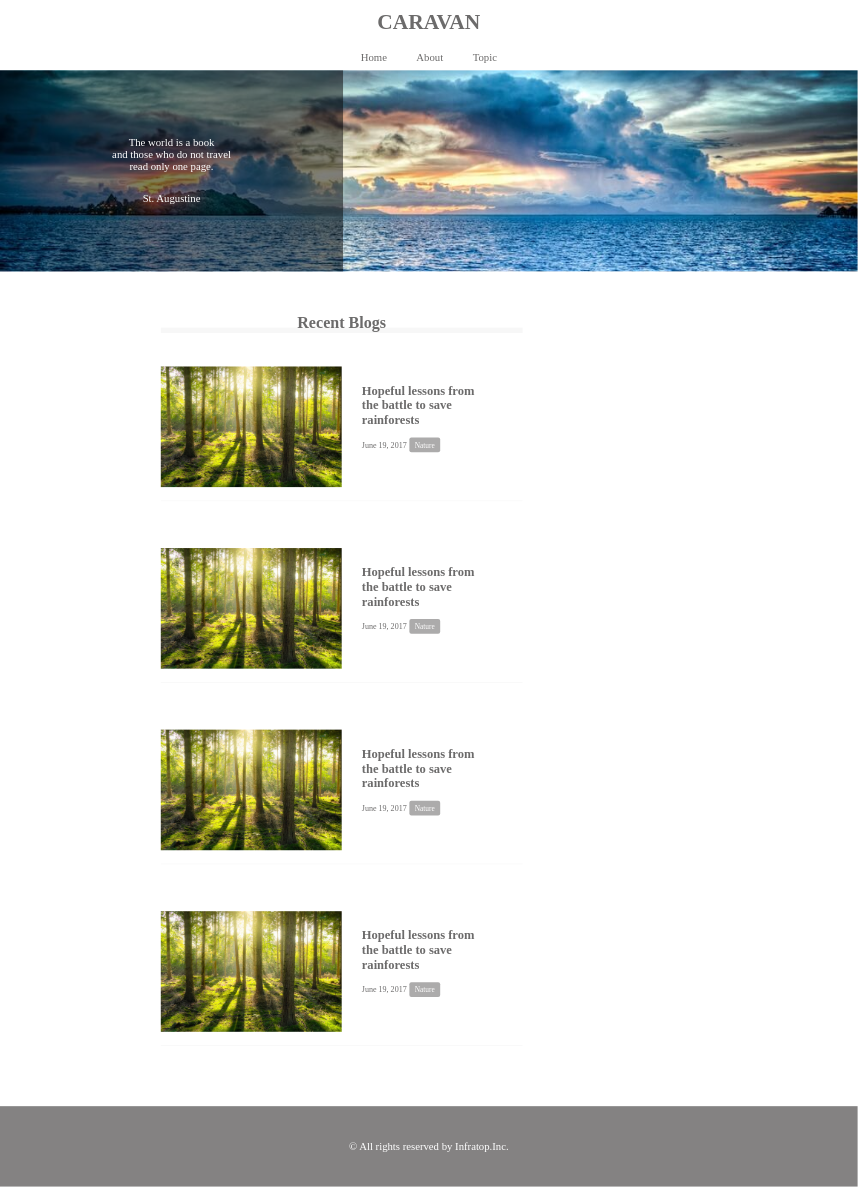
Repository: rascalNoShippo/git-practice
Page: caravan/index.html
The author's editor kept a record of every edit. The page is drawn from the files as they stood at one moment, then again after the next edit.
The browser window is 1280 px wide. The pictures show the whole page, at 67% of full size.

Above is the page before.

### caravan/index.html
<!DOCTYPE html>
<html lang="ja">
  <head>
    <meta charset="UTF-8" />
    <link rel="stylesheet" href="style.css" />
    <title>CARAVAN</title>
  </head>

  <body>
    <header>
      <h1 class="heading">
        <a href="index.html">CARAVAN</a>
      </h1>
    </header>
    <nav>
      <ul class="nav-list">
        <li class="nav-list-item">
          <a href="index.html">Home</a>
        </li>
        <li class="nav-list-item">About</li>
        <li class="nav-list-item">Topic</li>
      </ul>
    </nav>
    <div class="main-visual">
      <div class="main-visual-content">
        <div>
          <p class="main-visual-text">
            The world is a book<br>and those who do not travel<br>read only one page.
          </p>
          <p class="main-visual-name">
            St. Augustine
          </p>
        </div>
      </div>
    </div>
    <main>
      <section class="blog">
        <h2 class="blog-heading">Recent Blogs</h2>
        <div class="blog-item">
          <img src="image/forest.jpg" class="blog-image">
          <section class="blog-text">
            <h3 class="blog-text-heading">
              <a href="single.html">
                Hopeful lessons from<br>the battle to save<br>rainforests
              </a>
            </h3>
            <p class="blog-date">June 19, 2017</p>
            <span class="category">Nature</span>
          </section>
        </div>
        <div class="blog-item">
          <img src="image/forest.jpg" class="blog-image">
          <section class="blog-text">
            <h3 class="blog-text-heading">
              <a href="single.html">
                Hopeful lessons from<br>the battle to save<br>rainforests
              </a>
            </h3>
            <p class="blog-date">June 19, 2017</p>
            <span class="category">Nature</span>
          </section>
        </div>
        <div class="blog-item">
          <img src="image/forest.jpg" class="blog-image">
          <section class="blog-text">
            <h3 class="blog-text-heading">
              <a href="single.html">
                Hopeful lessons from<br>the battle to save<br>rainforests
              </a>
            </h3>
            <p class="blog-date">June 19, 2017</p>
            <span class="category">Nature</span>
          </section>
        </div>
        <div class="blog-item">
          <img src="image/forest.jpg" class="blog-image">
          <section class="blog-text">
            <h3 class="blog-text-heading">
              <a href="single.html">
                Hopeful lessons from<br>the battle to save<br>rainforests
              </a>
            </h3>
            <p class="blog-date">June 19, 2017</p>
            <span class="category">Nature</span>
          </section>
        </div>
      </section>
      <section class="sidebar"></section>
    </main>
    <footer>
      <p class="footer-text">© All rights reserved by Infratop.Inc.</p>
    </footer>
  </body>
</html>

### caravan/style.css
*{
  margin: 0;
  padding: 0;
  box-sizing: border-box;
}

body{
  color: #6c6b6b;
  background-color: white;
}

a{
  text-decoration: none;
  color: #6c6b6b;;
}

header {
  width: 90%;
  padding: 15px 0;
  margin: 0 auto;
  text-align: center
}

header .heading{
  font-size: 32px;
}

.nav-list{
 text-align: center;
 padding: 10px 0;
 margin: 0 auto;
 }

.nav-list-item{
  list-style: none;
  display: inline-block;
  margin: 0 20px;
}

.main-visual{
  width: 100%;
  height: 300px;
  background-image: url("image/mv.jpg");
  background-size: cover;
  background-position: center;
}

.main-visual-content{
  width: 40%;
  height: 300px;
  background-color: rgba(0,0,0,0.5);
  display: flex;
  align-items: center;
  flex-wrap: wrap;
  justify-content: center;
  text-align: center;
  color: white;
}

.main-visual-name{
  margin-top: 30px;
}

/*.main{
  width: 840px;
  height: 1400px;
  background-color: green;
  display: flex;
  justify-content: center;
  margin: 0 auto;
}*/

main{
  width: 800px;
  display: flex;
  justify-content: center;
  margin: 0 auto;
  padding: 70px 0;
}

.blog{
  width: 540px;
  margin-right: 30px;
}

.blog-heading{
  border-bottom: 8px solid #f7f7f7;
  text-align: center;
  line-height: 0.6;
}

.blog-item {
  padding: 50px 0 20px 0;
  margin-bottom: 20px;
  border-bottom: 1px solid #f7f7f7;
  display: flex;
  justify-content: flex-start;
}

.blog-text-heading{
  padding-bottom: 15px;
}

.blog-image {
  height: 180px;
}

.blog-text{
  padding: 25px 0 0 30px;
}

.blog-date {
  font-size: 12px;
  display: inline-block;
}

.category {
  display: inline-block;
  padding: 5px 8px;
  background-color: #acabab;
  border-radius: 3px;
  color: #fff;
  font-size: 11px;
}

.sidebar{
  width: 230px;
}

.common-heading{
  border-bottom: 8px solid #f7f7f7;
  text-align: center;
  line-height: 0.6;
}

.sidebar-contents{
  paddng: 50px 0;
}

.popular-text,.categories-text{
  padding-bottom: 5px;
  border-bottom: 1px solid #f7f7f7;
  margin-bottom: 5px;
}

.popular-text:last-child,.categories-text:last-child{
  margin: 0;
  padding: 0;
  border: none;
}

.instagram .sidebar-contents{
  display: flex;
  flex-wrap: wrap;
}

.instagram-box{
  width: 110px;
  padding-top: 110px;
  background-size: cover;
  background-position: center;
  margin-bottom: 10px;
  background-color: palegreen;
}

.instagram-box:nth-child(2n+1) {
  margin-right: 10px;
}

footer {
  width: 100%;
  height: 120px;
  text-align: center;
  line-height: 120px;
  background-color: #848282;
}

.footer-text {
  color: #fff;
}

After the next edit:
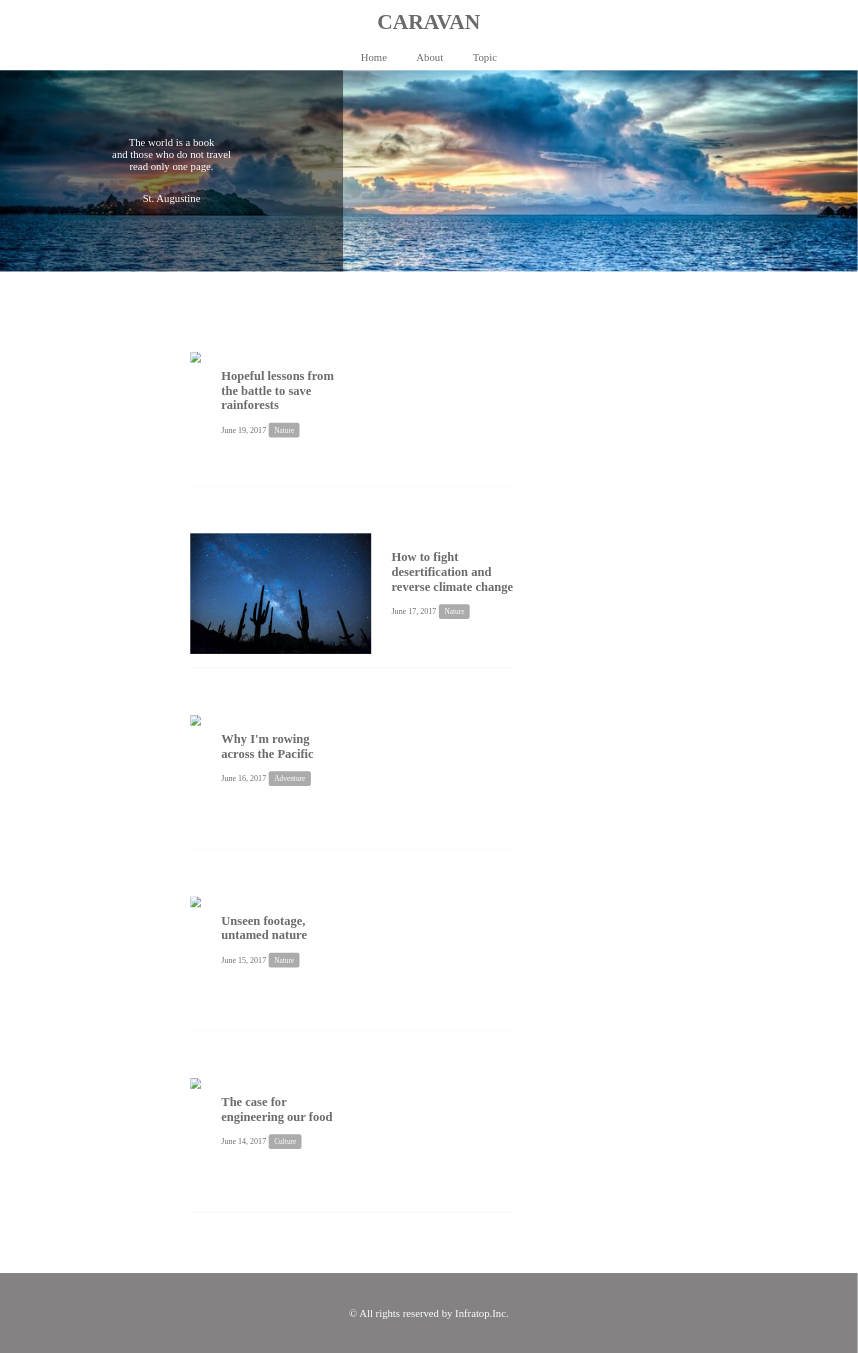
Not found: caravan/img/asia.jpg
Not found: caravan/img/forest.jpg
Not found: caravan/img/italy.jpg
The edit:
--- a/caravan/index.html
+++ b/caravan/index.html
@@ -34,55 +34,74 @@
       </div>
     </div>
     <main>
-      <section class="blog">
-        <h2 class="blog-heading">Recent Blogs</h2>
-        <div class="blog-item">
-          <img src="image/forest.jpg" class="blog-image">
-          <section class="blog-text">
-            <h3 class="blog-text-heading">
-              <a href="single.html">
-                Hopeful lessons from<br>the battle to save<br>rainforests
-              </a>
-            </h3>
-            <p class="blog-date">June 19, 2017</p>
-            <span class="category">Nature</span>
-          </section>
-        </div>
-        <div class="blog-item">
-          <img src="image/forest.jpg" class="blog-image">
-          <section class="blog-text">
-            <h3 class="blog-text-heading">
-              <a href="single.html">
-                Hopeful lessons from<br>the battle to save<br>rainforests
-              </a>
-            </h3>
-            <p class="blog-date">June 19, 2017</p>
-            <span class="category">Nature</span>
-          </section>
-        </div>
-        <div class="blog-item">
-          <img src="image/forest.jpg" class="blog-image">
-          <section class="blog-text">
-            <h3 class="blog-text-heading">
-              <a href="single.html">
-                Hopeful lessons from<br>the battle to save<br>rainforests
-              </a>
-            </h3>
-            <p class="blog-date">June 19, 2017</p>
-            <span class="category">Nature</span>
-          </section>
-        </div>
-        <div class="blog-item">
-          <img src="image/forest.jpg" class="blog-image">
-          <section class="blog-text">
-            <h3 class="blog-text-heading">
-              <a href="single.html">
-                Hopeful lessons from<br>the battle to save<br>rainforests
-              </a>
-            </h3>
-            <p class="blog-date">June 19, 2017</p>
-            <span class="category">Nature</span>
-          </section>
+        <div class="blog-box">
+          <div class="blog-item">
+            <img class="blog-image" src="img/forest.jpg" />
+            <section class="blog-text">
+              <h3 class="blog-text-heading">
+                <a href="single.html">
+                  Hopeful lessons from<br>
+                  the battle to save<br>
+                  rainforests
+                </a>
+              </h3>
+              <p class="blog-date">June 19, 2017</p>
+              <span class="category">Nature</span>
+            </section>
+          </div>
+          <div class="blog-item">
+            <img class="blog-image" src="image/desert.jpg" />
+            <section class="blog-text">
+              <h3 class="blog-text-heading">
+                <a href="single.html">
+                  How to fight<br>
+                  desertification and<br>
+                  reverse climate change
+                </a>
+              </h3>
+              <p class="blog-date">June 17, 2017</p>
+              <span class="category">Nature</span>
+            </section>
+          </div>
+          <div class="blog-item">
+            <img class="blog-image" src="img/sunset.jpg" />
+            <section class="blog-text">
+              <h3 class="blog-text-heading">
+                <a href="single.html">
+                  Why I'm rowing<br>
+                  across the Pacific
+                </a>
+              </h3>
+              <p class="blog-date">June 16, 2017</p>
+              <span class="category">Adventure</span>
+            </section>
+          </div>
+          <div class="blog-item">
+            <img class="blog-image" src="img/italy.jpg" />
+            <section class="blog-text">
+              <h3 class="blog-text-heading">
+                <a href="single.html">
+                  Unseen footage,<br>
+                  untamed nature
+                </a>
+              </h3>
+              <p class="blog-date">June 15, 2017</p>
+              <span class="category">Nature</span>
+            </section>
+          </div>
+          <div class="blog-item">
+            <img class="blog-image" src="img/asia.jpg" />
+            <section class="blog-text">
+              <h3 class="blog-text-heading">
+                <a href="single.html">
+                  The case for<br>
+                  engineering our food
+                </a>
+              </h3>
+              <p class="blog-date">June 14, 2017</p>
+              <span class="category">Culture</span>
+            </section>
+          </div>
         </div>
       </section>
       <section class="sidebar"></section>
